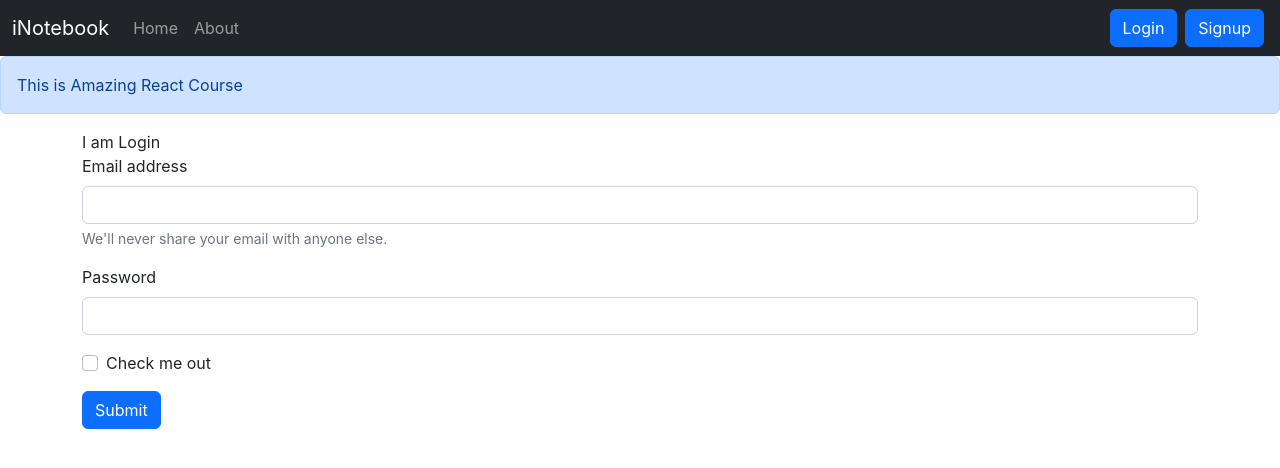
Repository: SatishPatil108/iNotebook-React
Page: /login
An editor plug-in stored every save of this project. The page is shown before and after the next save, followed by the edit.
The browser window is 1280 px wide. The pictures show the whole page.
Some web libraries are served in a nearby version. The project was rebuilt for these pictures with package versions that can differ from the ones it lists, and the page was loaded fresh each time. Also part of the build but not shown: src/App.css, src/components/AddNote.js, src/components/Noteitem.js, src/components/Notes.js, src/components/Home.js, src/components/About.js, src/components/Signup.js.

Above is the page before, as saved 2022-08-02 13:11:02.

### public/index.html
<!DOCTYPE html>
<html lang="en">

<head>
  <meta charset="utf-8" />
  <link rel="icon" href="%PUBLIC_URL%/favicon.ico" />
  <meta name="viewport" content="width=device-width, initial-scale=1" />
  <meta name="theme-color" content="#000000" />
  <meta name="description" content="Web site created using create-react-app" />
  <link rel="apple-touch-icon" href="%PUBLIC_URL%/logo192.png" />

  <link rel="manifest" href="%PUBLIC_URL%/manifest.json" />
  <link href="https://cdn.jsdelivr.net/npm/bootstrap@5.2.0/dist/css/bootstrap.min.css" rel="stylesheet"
    integrity="sha384-gH2yIJqKdNHPEq0n4Mqa/HGKIhSkIHeL5AyhkYV8i59U5AR6csBvApHHNl/vI1Bx" crossorigin="anonymous">

  <title>iNotebook - Your Notes Secured in the Cloud</title>
</head>

<body>
  <noscript>You need to enable JavaScript to run this app.</noscript>
  <div id="root"></div>
  <script src="https://kit.fontawesome.com/e892c3092d.js" crossorigin="anonymous"></script>
  <script src="https://cdn.jsdelivr.net/npm/@popperjs/core@2.11.5/dist/umd/popper.min.js"
    integrity="sha384-Xe+8cL9oJa6tN/veChSP7q+mnSPaj5Bcu9mPX5F5xIGE0DVittaqT5lorf0EI7Vk"
    crossorigin="anonymous"></script>
  <script src="https://cdn.jsdelivr.net/npm/bootstrap@5.2.0/dist/js/bootstrap.min.js"
    integrity="sha384-ODmDIVzN+pFdexxHEHFBQH3/9/vQ9uori45z4JjnFsRydbmQbmL5t1tQ0culUzyK"
    crossorigin="anonymous"></script>

</body>

</html>

### src/App.js
import './App.css';
import {
  BrowserRouter as Router,
  Routes,
  Route
} from "react-router-dom";
import Navbar from './components/Navbar';
import Home from './components/Home';
import About from './components/About';
import NoteState from './context/notes/NoteState';
import { Alert } from './components/Alert';
import Login from './components/Login';
import Signup from './components/Signup';

function App() {
  return (
    <>
      <NoteState>
        <Router>
          <Navbar />
          <Alert message="This is Amazing React Course" />
          <div className="container">
            <Routes>
              <Route exact path="/" element={<Home />}></Route>
              <Route exact path="/about" element={<About />}></Route>
              <Route exact path="/login" element={<Login />}></Route>
              <Route exact path="/signup" element={<Signup />}></Route>
            </Routes>
          </div>
        </Router>
      </NoteState>
    </>
  );
}

export default App;

### src/components/Navbar.js
import React from 'react'
import { Link, useLocation } from "react-router-dom";

const Navbar = () => {

    let location = useLocation();

    return (
        <div>
            <nav className="navbar navbar-expand-lg navbar-dark  bg-dark">
                <div className="container-fluid">
                    <Link className="navbar-brand" to="/">iNotebook</Link>
                    <button className="navbar-toggler" type="button" data-bs-toggle="collapse" data-bs-target="#navbarSupportedContent" aria-controls="navbarSupportedContent" aria-expanded="false" aria-label="Toggle navigation">
                        <span className="navbar-toggler-icon"></span>
                    </button>
                    <div className="collapse navbar-collapse" id="navbarSupportedContent">
                        <ul className="navbar-nav me-auto mb-2 mb-lg-0">
                            <li className="nav-item">
                                <Link className={`nav-link ${location.pathname === "/" ? "active" : ""}`} aria-current="page" to="/">Home</Link>
                            </li>
                            <li className="nav-item">
                                <Link className={`nav-link ${location.pathname === "/about" ? "active" : ""}`} to="/about">About</Link>
                            </li>
                        </ul>
                        <form className="d-flex">
                            <Link className="btn btn-primary mx-1" to="/login" role="button">Login</Link>
                            <Link className="btn btn-primary mx-1" to="/signup" role="button">Signup</Link>
                        </form>
                    </div>
                </div>
            </nav>
        </div>
    )
}

export default Navbar

### src/context/notes/NoteState.js
import NoteContext from "./noteContext";
import { useState } from "react";

const NoteState = (props) => {
    const host = "http://localhost:5000";
    const notesInitial = []

    const [notes, setNotes] = useState(notesInitial)

    // Get All Notes
    const getNotes = async () => {
        // API  Call
        const response = await fetch(`${host}/api/notes/fetchallnotes`, {
            method: 'GET',
            headers: {
                'Accept': 'application/json',
                'Content-Type': 'application/json',
                "auth-token": "eyJhbGciOiJIUzI1NiIsInR5cCI6IkpXVCJ9.eyJ1c2VyIjp7ImlkIjoiNjJkYTM1NDdlNWM1ODE5OTQ0MDJhNDI0In0sImlhdCI6MTY1ODQ3MDg1Nn0.W1eGNrZ7Yg9gfobUoEM5HJCjRkO2B-m3WV_j7U6Bc_g",
            },
        });

        const json = await response.json();
        console.log(json);
        setNotes(json);
    }

    // Add a Note
    const addNote = async (title, description, tag) => {
        // API Call
        const response = await fetch(`${host}/api/notes/addnote`, {
            method: 'POST',
            headers: {
                'Accept': 'application/json',
                'Content-Type': 'application/json',
                "auth-token": "eyJhbGciOiJIUzI1NiIsInR5cCI6IkpXVCJ9.eyJ1c2VyIjp7ImlkIjoiNjJkYTM1NDdlNWM1ODE5OTQ0MDJhNDI0In0sImlhdCI6MTY1ODQ3MDg1Nn0.W1eGNrZ7Yg9gfobUoEM5HJCjRkO2B-m3WV_j7U6Bc_g",
            },
            body: JSON.stringify({ title, description, tag })
        });

        const note = await response.json();
        setNotes(notes.concat(note));
    }

    // Delete a Note
    const deleteNote = async (id) => {
        // API Call
        const response = await fetch(`${host}/api/notes/deletenote/${id}`, {
            method: 'DELETE',
            headers: {
                'Accept': 'application/json',
                'Content-Type': 'application/json',
                "auth-token": "eyJhbGciOiJIUzI1NiIsInR5cCI6IkpXVCJ9.eyJ1c2VyIjp7ImlkIjoiNjJkYTM1NDdlNWM1ODE5OTQ0MDJhNDI0In0sImlhdCI6MTY1ODQ3MDg1Nn0.W1eGNrZ7Yg9gfobUoEM5HJCjRkO2B-m3WV_j7U6Bc_g"
            }
        });
        const json = await response.json();
        console.log(json);

        const newNotes = notes.filter((note) => { return note._id !== id })
        setNotes(newNotes);
    }
    //  Edit a Note
    const editNote = async (id, title, description, tag) => {
        // API  Call
        const response = await fetch(`${host}/api/notes/updatenote/${id}`, {
            method: 'PUT',
            headers: {
                'Accept': 'application/json',
                'Content-Type': 'application/json',
                "auth-token": "eyJhbGciOiJIUzI1NiIsInR5cCI6IkpXVCJ9.eyJ1c2VyIjp7ImlkIjoiNjJkYTM1NDdlNWM1ODE5OTQ0MDJhNDI0In0sImlhdCI6MTY1ODQ3MDg1Nn0.W1eGNrZ7Yg9gfobUoEM5HJCjRkO2B-m3WV_j7U6Bc_g"
            },
            body: JSON.stringify({ title, description, tag })
        });
        const json = await response.json();
        console.log(json);

        // Logic to edit in Client
        for (let index = 0; index < notes.length; index++) {
            const element = notes[index];
            if (element._id === id) {
                element.title = title;
                element.description = description;
                element.tag = tag;
            }
        }
        getNotes();
    }


    return (
        <NoteContext.Provider value={{ notes, addNote, deleteNote, editNote, getNotes }}>
            {props.children}
        </NoteContext.Provider>
    )
}

export default NoteState;

### src/components/Alert.js
import React from 'react'

export const Alert = (props) => {
    return (
        <div className="alert alert-primary" role="alert">
            {props.message}
        </div>
    )
}

### src/components/Login.js
import React from 'react'

const Login = () => {
    return (
        <div>
            I am Login
            <form>
                <div className="mb-3">
                    <label htmlFor="exampleInputEmail1" className="form-label">Email address</label>
                    <input type="email" className="form-control" id="exampleInputEmail1" aria-describedby="emailHelp" />
                    <div id="emailHelp" className="form-text">We'll never share your email with anyone else.</div>
                </div>
                <div className="mb-3">
                    <label htmlFor="exampleInputPassword1" className="form-label">Password</label>
                    <input type="password" className="form-control" id="exampleInputPassword1" />
                </div>
                <div className="mb-3 form-check">
                    <input type="checkbox" className="form-check-input" id="exampleCheck1" />
                    <label className="form-check-label" htmlFor="exampleCheck1">Check me out</label>
                </div>
                <button type="submit" className="btn btn-primary">Submit</button>
            </form>
        </div>
    )
}

export default Login

Loaded but not shown: src/index.js (common file); src/index.css (common file); src/context/notes/noteContext.js (common file)

After the next save:
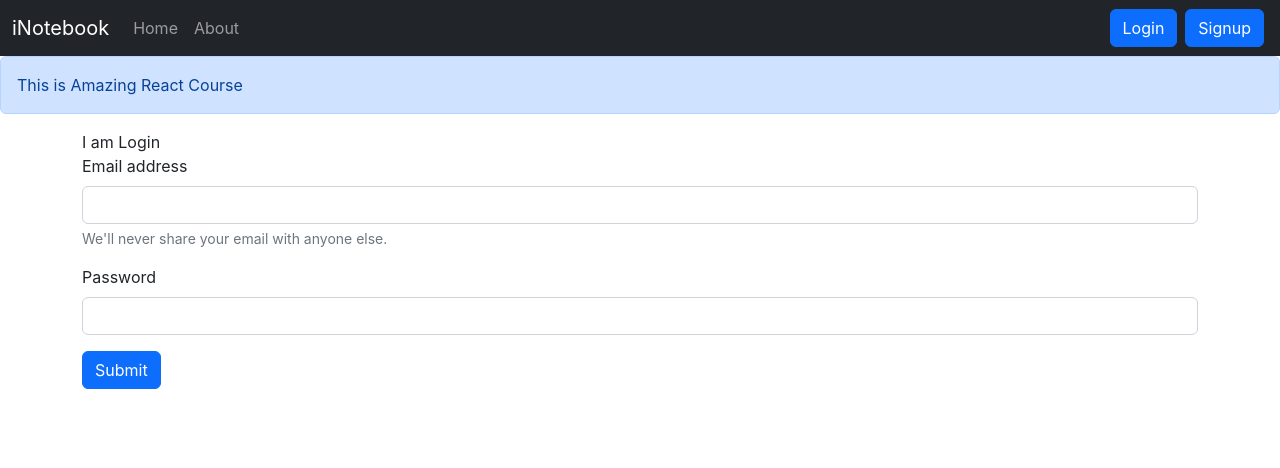
Saved 54 s later.
--- a/src/components/Login.js
+++ b/src/components/Login.js
@@ -14,10 +14,7 @@ const Login = () => {
                     <label htmlFor="exampleInputPassword1" className="form-label">Password</label>
                     <input type="password" className="form-control" id="exampleInputPassword1" />
                 </div>
-                <div className="mb-3 form-check">
-                    <input type="checkbox" className="form-check-input" id="exampleCheck1" />
-                    <label className="form-check-label" htmlFor="exampleCheck1">Check me out</label>
-                </div>
+
                 <button type="submit" className="btn btn-primary">Submit</button>
             </form>
         </div>
